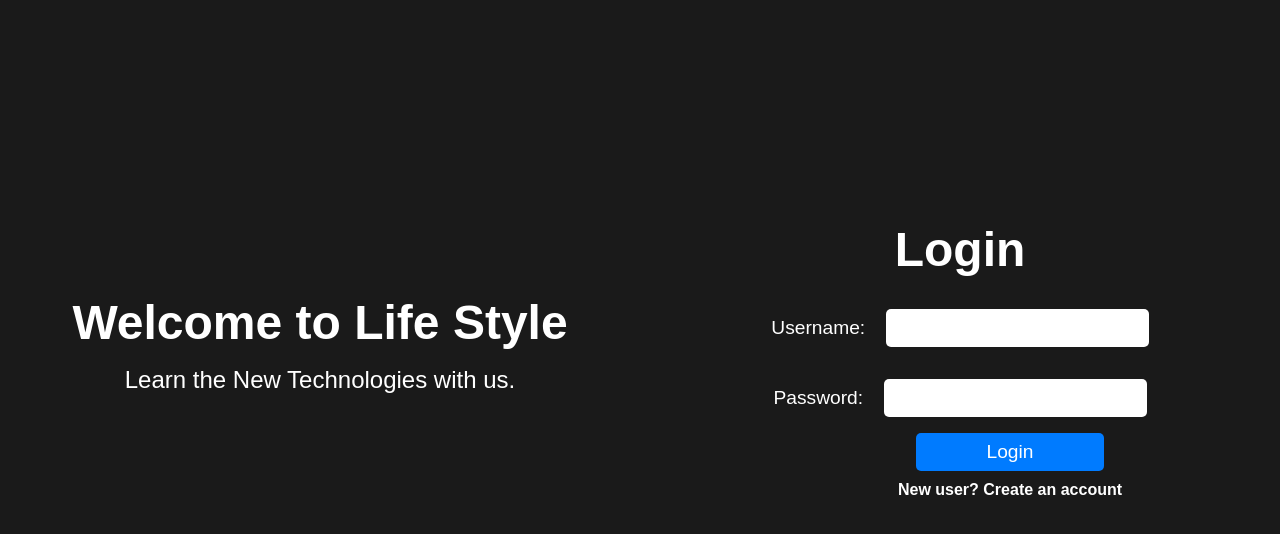
Repository: jeevaathecoder/LifeStyleLoginPage
Page: http://localhost/LoginPageLifeStyle/login.jsp
The author's editor kept a copy of each file at every save. The page is drawn from the files as they stood at one save, then again after the next save.
The browser window is 1280 px wide. The pictures show the whole page.
The page is served by Tomcat 10. Other server files are loaded and not shown.

Above is the page before, as saved 2023-08-03 08:01:06.
Not found: LoginPageLifeStyle/LoginPageLifeStyle/script.js

### LoginPageLifeStyle/src/main/webapp/login.jsp

  <!DOCTYPE html>
  <html lang="en">
    <head>
      <meta charset="UTF-8" />
      <meta http-equiv="X-UA-Compatible" content="IE=edge" />
      <meta name="viewport" content="width=device-width, initial-scale=1.0" />
      <link rel="stylesheet" href="loginstyle.css" />
      <script src="script.js"></script>
      <title>LifeStyle</title>
    </head>
    <body>
       <input type="hidden" id="status" value="<%= request.getAttribute("Status") %>">
      <div class="container">
        <div class="left">
          <h1><span>Welcome to</span> Life Style</h1>
          <p class="subtitle">Learn the New Technologies with us.</p>
        </div>
        <div class="right">
          <h2>Login</h2>
          <form action="login"  method="post" >

		 <div class="form-group">
              <label for="username">Username:</label>
              <input type="text" id="username" name="username" />
            </div>
            <div class="form-group">
              <label for="password">Password:</label>
              <input type="password" id="password" name="pass" />
            </div>
            <button type="submit" name="login" id="sign-in" class="form-submit" value="login" >Login</button>


          </form>
          <a href="registration.jsp" class="createaccount">New user? Create an account</a>
        </div>
      </div>
      <script>
  // Wait for the DOM to be fully loaded before accessing the "status" element
  document.addEventListener("DOMContentLoaded", function () {
    var status = document.getElementById("status").value;
    if (status === "failed") {
      // Display a success alert using a regular JavaScript alert()
      alert('Wrong Details !\nPlease Try Again.');
      window.location.href = "login.jsp";
    }
  });
</script>

    </body>
  </html>
</html>

### LoginPageLifeStyle/src/main/webapp/loginstyle.css
@charset "ISO-8859-1";
* {
  margin: 0;
  padding: 0;
  box-sizing: border-box;
}

.createaccount {
 margin-top: 10px;
 margin-left: 100px;
color: white;
  text-decoration: none;
  font-weight: bold;
}


body {
  font-family: Arial, sans-serif;
  background-color: #1a1a1ac8;
}

.container {
  display: flex;
  height: 100vh;
}

.left {
  flex: 1;
  display: flex;
  flex-direction: column;
  justify-content: center;
  align-items: center;
  background-color: #1a1a1a;
  color: white;
  animation: slide-left 1s ease-in-out forwards;
}

.right {
  flex: 1;
  display: flex;
  flex-direction: column;
  justify-content: center;
  align-items: center;
  background-color: #1a1a1a;
  color: white;
  animation: slide-right 1s ease-in-out forwards;
}

h1,
h2 {
  font-size: 3rem;
  margin-bottom: 1rem;
}

.subtitle {
  font-size: 1.5rem;
  margin-bottom: 2rem;
}

form {
  display: flex;
  flex-direction: column;
  align-items: center;
}

.form-group {
  margin: 1rem 0;
}

label {
  font-size: 1.2rem;
  margin-right: 1rem;
}

input {
  padding: 0.5rem;
  font-size: 1.2rem;
  border-radius: 5px;
  border: none;
  outline: none;
}

button {
  padding: 0.5rem 1rem;
  font-size: 1.2rem;
  border-radius: 5px;
  margin-left: 100px;
  border: none;
  outline: none;
  background-color: #007bff;
  color: white;
  cursor: pointer;
  width: 50%;
}

After the next save:
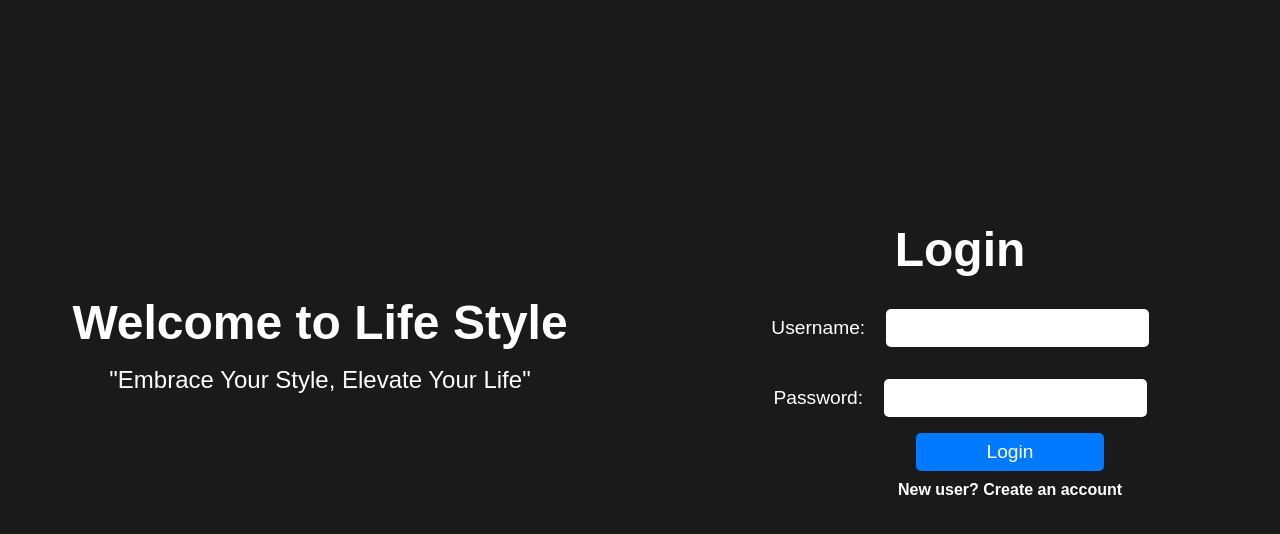
Saved 43 s later.
--- a/LoginPageLifeStyle/src/main/webapp/login.jsp
+++ b/LoginPageLifeStyle/src/main/webapp/login.jsp
@@ -10,11 +10,13 @@
       <title>LifeStyle</title>
     </head>
     <body>
+
        <input type="hidden" id="status" value="<%= request.getAttribute("Status") %>">
       <div class="container">
+
         <div class="left">
           <h1><span>Welcome to</span> Life Style</h1>
-          <p class="subtitle">Learn the New Technologies with us.</p>
+          <p class="subtitle">"Embrace Your Style, Elevate Your Life"</p>
         </div>
         <div class="right">
           <h2>Login</h2>
@@ -36,11 +38,11 @@
         </div>
       </div>
       <script>
-  // Wait for the DOM to be fully loaded before accessing the "status" element
+
   document.addEventListener("DOMContentLoaded", function () {
     var status = document.getElementById("status").value;
     if (status === "failed") {
-      // Display a success alert using a regular JavaScript alert()
+
       alert('Wrong Details !\nPlease Try Again.');
       window.location.href = "login.jsp";
     }
